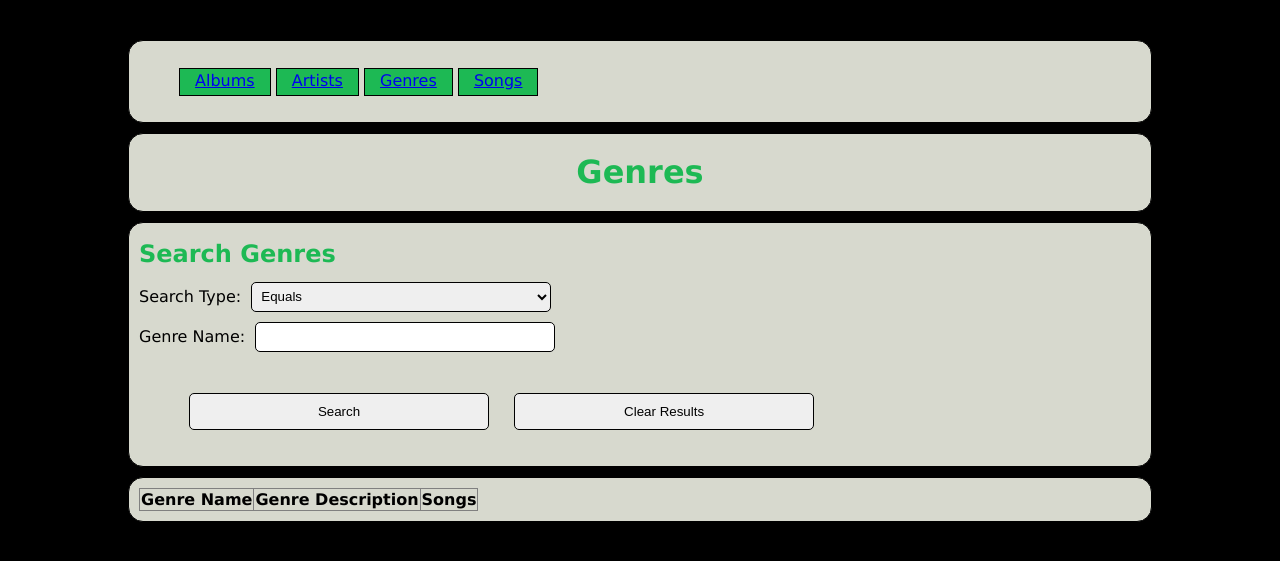
Repository: RRGTHWAR/bkg16_INFSCI1017
Page: bkg16_Music_FinalProject/WebContent/genre.html
An editor plug-in stored every save of this project. The page is shown before and after the next save, followed by the edit.
The browser window is 1280 px wide. The pictures show the whole page.

Above is the page before, as saved 2019-04-14 14:24:52.

### bkg16_Music_FinalProject/WebContent/genre.html
<html>
<head>
<meta charset="UTF-8">
<title>Music Genres</title>
<script src="js/jquery-3.3.1.min.js"></script>
<link href="css/style.css" rel="stylesheet" type="text/css" />

</head>
<body>
	<div id="navBar">
		<ul>
			<li><a href="album.html" title="Albums">Albums</a></li>
			<li><a href="artist.html" title="Artists">Artists</a></li>
			<li><a href="genre.html" title="Genres">Genres</a></li>
			<li><a href="song.html" title="Songs">Songs</a></li>
		</ul>
	</div>
	<h1 id="mainHeader" >Genres</h1>
	<div id="genreSearch" class="searchBox" >
		<h2>Search Genres</h2>
		<div>
			Search Type:
			<select name="searchType" id="searchType" class="textField">
				<option value="equals">Equals</option>
				<option value="begins">Begins</option>
				<option value="ends">Ends</option>
				<option value="contains">Contains</option>
				<option value="">All</option>
			</select>
		</div>
		<div>
			Genre Name: <input type="text" id="genreName" name="genreName" value="" class="textField" />
		</div>
		<div id="btns" >
			<ul>
				<li><input type="button" id="btnSearch" name="btnSubmit" class="actButton" value="Search" /></li>
				<li><input type="button" id="btnClear" name ="btnClear" class="actButton" value="Clear Results" /></li>
			</ul>
		</div>
	</div>


	<div id="searchResults">
		<div id="targetName" ></div>
		<table border="1" id="tblSearchResults">
			<tr>
				<th>Genre Name</th>
				<th>Genre Description</th>
				<th>Songs</th>
			</tr>
		</table>
	</div>

</body>

<script>
	$(document).ready(function (){
		$("#btnClear").click(function (){
			clearResultsTable();
		});
		$("#btnSearch").click(function (){
			search();
		});

		$("#genreName").keyup(function(){
			var keyPressed = $("#genreName").val();
			if(keyPressed.length > 2) {
				search();
			} else {
				clearResultsTable();
			}

		});
	});

	function search(optSearchType) {
		var genreName = $("#genreName").val();
		var searchType = $("#searchType").val();
		// console.log("Genre: " + genreName);
		// console.log("SearchType: " + searchType);
		var url = "GenreListWS?genreName=" + genreName + "&searchType=" + searchType;
		// console.log(url);
		$.get(url, function(resp){
			parseGenreData(resp);
		})
	}

	function parseGenreData(data){
		// $("#searchResults").text(JSON.stringify(data));
		var result = "";

		for(var i=0; i < data.length; i++){
			var tr = $("<tr></tr>"); // created empty html table row

			// First data cell
			var td = $("<td></td>"); // created empty html table data
			td.html(data[i].genre_name);
			tr.append(td);

			// Second data cell
			// Note that we don't need to redeclare this
			td = $("<td></td>");
			td.html(data[i].description)
			tr.append(td);

			// Third data cell
			// Note that we don't need to redeclare this
			td = $("<td></td>");
			var link = "<a href='song.html?genre_id=" + data[i].genre_id + "'>View Songs</a>";
			td.html(link)
			tr.append(td);


			// Append row to the table
			$("#tblSearchResults").append(tr);

			// result += 'Name: ' + data[i].genre_name + ' Description: ' + data[i].description + '<br />';
		}
	}

		// $("#searchResults").html(result);

		//Source: https://stackoverflow.com/questions/2620181/clear-table-jquery
		function clearResultsTable() {
			$("#tblSearchResults td").parent().remove();
		}

		//Source: https://memorynotfound.com/detect-enter-keypress-javascript-jquery/
		$(document).keypress(function(e) {
			var keycode = (e.keyCode ? e.keyCode : e.which);
			if (keycode == '13') {
				$("#btnSearch").click();
			}
		});
</script>
</html>

### bkg16_Music_FinalProject/WebContent/css/style.css
@charset "UTF-8";

html, body {
	background-color: black;
}

body {
	font-family: Verdana, Geneva, sans-serif;
	font-size: 100%;
	width: 80%;
	margin-right: auto;
	margin-left: auto;
	padding: 2.5% 2.5% 0;
	line-height: 1.8;
}

h1, h2, h3, h4, h5, h6, p {
	margin: 0;
	padding: 0;
}

h1, h2, h3, h4, h5, h6 {
	color: #1DB954;
}

p {
	margin-bottom: 1em;
}

#navBar {
	background-color: #D7D9CE;
	border: 1px solid #000;
	padding: 10px;
	border-radius: 15px;
}

#navBar ul li {
	background-color: #1DB954;
	margin-left: 0;
	margin-bottom: 10px;
	padding: 2px 15px 5px;
	border: 1px solid #000;
	list-style: none;
	display: inline;
}

#mainHeader {
	background-color: #D7D9CE;
	border: 1px solid #000;
	padding: 10px;
	margin-top: 10px;
	border-radius: 15px;
	text-align: center;
}

.searchBox {
	background-color: #D7D9CE;
	border: 1px solid #000;
	padding: 10px;
	margin-top: 10px;
	border-radius: 15px;
	margin-bottom: 10px;
}

.textField {
	border: 1px solid #000;
	border-radius: 5px;
	padding: 5px;
	margin: 5px;
	width: 300px;
	height: 30px;
}

#searchResults {
	background-color: #D7D9CE;
	border: 1px solid #000;
	padding: 10px;
	margin-top: 10px;
	border-radius: 15px;
	display: block;
	margin: 0 auto;
}

#btns ul li {
	padding: 10px;
	margin-top: 10px;
	border-radius: 15px;
	text-align: center;
	list-style: none;
	display: inline-block;
}

input[type=button] {
	border: 1px solid #000;
	padding: 10px;
	border-radius: 5px;
	display: inline-block;
	margin: 0 auto;
	width: 300px;
}

#tblSearchResults {
	border-collapse: collapse;
}

#tblSearchResults tr th td {
	border: 1px solid #000;
	padding: 5px;
	border-collapse: collapse;
	display: inline-block;
	margin: 0 auto;
	text-align: center;
}

Loaded but not shown: bkg16_Music_FinalProject/WebContent/js/jquery-3.3.1.min.js (library)

After the next save:
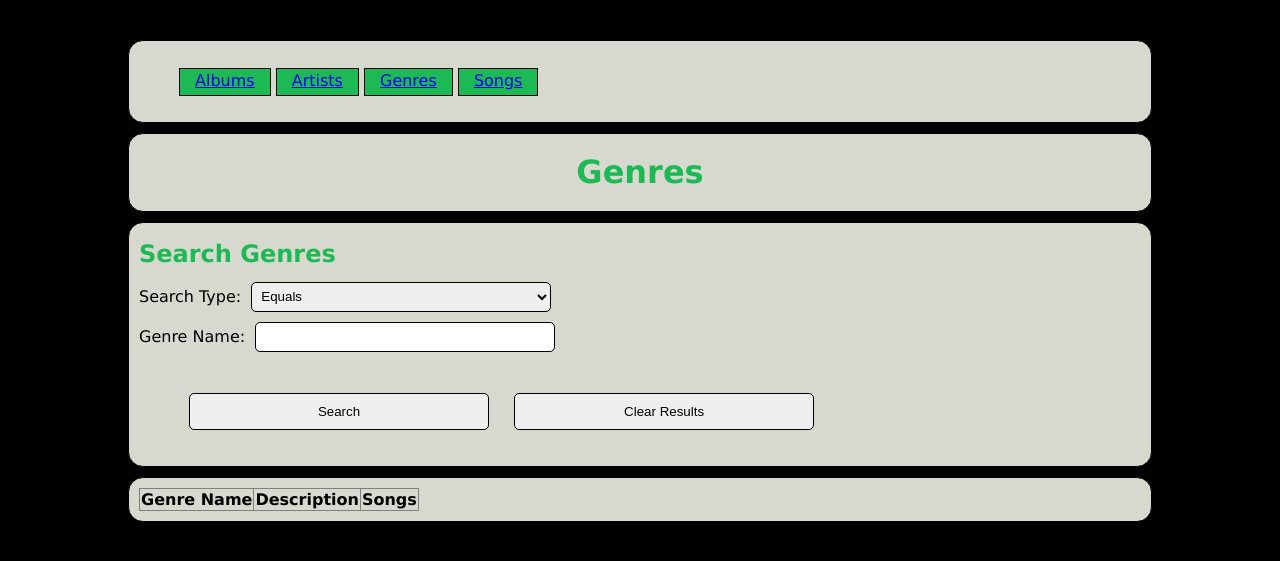
Saved 3 min 49 s later.
--- a/bkg16_Music_FinalProject/WebContent/genre.html
+++ b/bkg16_Music_FinalProject/WebContent/genre.html
@@ -45,7 +45,7 @@
 		<table border="1" id="tblSearchResults">
 			<tr>
 				<th>Genre Name</th>
-				<th>Genre Description</th>
+				<th>Description</th>
 				<th>Songs</th>
 			</tr>
 		</table>
@@ -55,6 +55,21 @@
 
 <script>
 	$(document).ready(function (){
+		if (window.location.href.indexOf("?songID=") > -1) {
+			var addy = window.location.href;
+			var songID = addy.substring(addy.indexOf("=") + 1);
+			var songTitle = ""
+				var url = "SongWS?songID=" + songID;
+				$.get(url, function(resp) {
+					songTitle = resp.title;
+					var targetName = "<h2>Song Title: " + songTitle + "</h2>";
+					$("#targetName").append(targetName);
+				});
+			var url = "ArtistListWS?songID=" + songID;
+			$.get(url, function(resp){
+				parseArtistData(resp);
+			})
+		};
 		$("#btnClear").click(function (){
 			clearResultsTable();
 		});
@@ -76,10 +91,7 @@
 	function search(optSearchType) {
 		var genreName = $("#genreName").val();
 		var searchType = $("#searchType").val();
-		// console.log("Genre: " + genreName);
-		// console.log("SearchType: " + searchType);
 		var url = "GenreListWS?genreName=" + genreName + "&searchType=" + searchType;
-		// console.log(url);
 		$.get(url, function(resp){
 			parseGenreData(resp);
 		})
